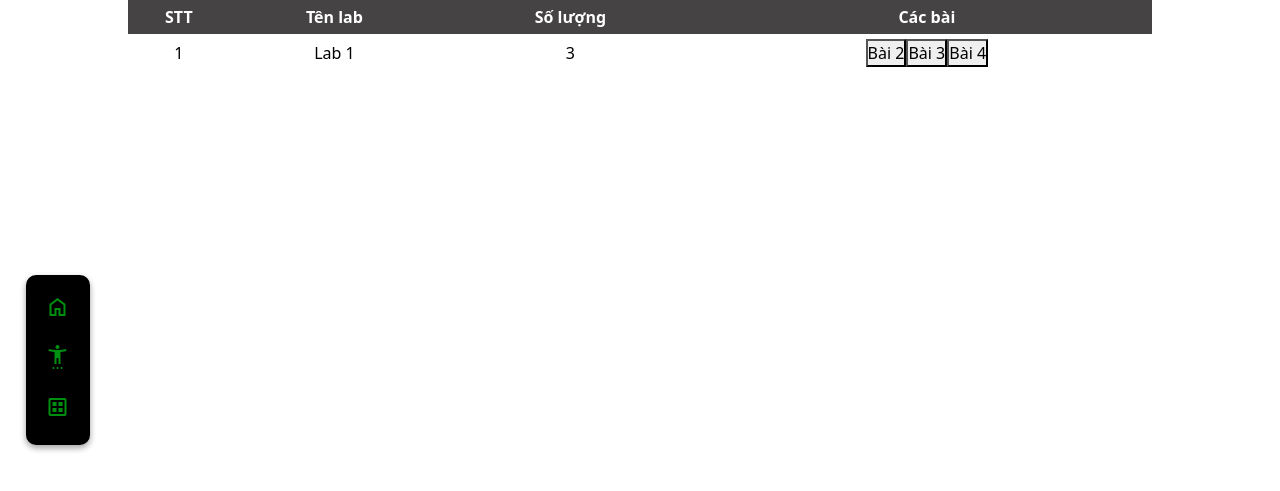
Repository: tuankiet10920/homeworkFEF
Page: /labs
These files come from the project's save history. The page is drawn as it stood at one moment and after the next save; the edit follows.
The browser window is 1280 px wide. The pictures show the whole page.
The project was rebuilt for these pictures with package versions that can differ from the ones it lists, and the page was loaded fresh each time. Also part of the build but not shown: vite.config.js, src/components/HelloWorld.vue, src/Labs/Lab1/Bai2.vue, src/views/HomeView.vue.

Above is the page before, as saved 2024-10-22 18:12:22.

### index.html
<!doctype html>
<html lang="en">
  <head>
    <meta charset="UTF-8" />
    <link rel="icon" href="/favicon.ico" />
    <meta name="viewport" content="width=device-width, initial-scale=1.0" />
    <link
      href="https://cdn.jsdelivr.net/npm/bootstrap@5.3.3/dist/css/bootstrap.min.css"
      rel="stylesheet"
      integrity="sha384-QWTKZyjpPEjISv5WaRU9OFeRpok6YctnYmDr5pNlyT2bRjXh0JMhjY6hW+ALEwIH"
      crossorigin="anonymous"
    />
    <link
      rel="stylesheet"
      href="https://fonts.googleapis.com/css2?family=Material+Symbols+Outlined:opsz,wght,FILL,GRAD@20..48,100..700,0..1,-50..200"
    />
    <title>Vite App</title>
    <link rel="stylesheet" href="./src/assets/css/main.css" />
  </head>
  <body>
    <div id="app"></div>
    <script
      src="https://cdn.jsdelivr.net/npm/bootstrap@5.3.3/dist/js/bootstrap.bundle.min.js"
      integrity="sha384-YvpcrYf0tY3lHB60NNkmXc5s9fDVZLESaAA55NDzOxhy9GkcIdslK1eN7N6jIeHz"
      crossorigin="anonymous"
    ></script>
    <script type="module" src="/src/main.js"></script>
  </body>
</html>

### src/assets/css/main.css
* {
  margin: 0;
  padding: 0;
  box-sizing: border-box;
  text-decoration: none;
  color: #000;
  font-size: 16px;
}

### src/App.vue
<script setup>
import { RouterLink, RouterView } from 'vue-router'
import HelloWorld from './components/HelloWorld.vue'
import Icon from './components/Icon.vue'
</script>

<template>
  <header>
    <div class="wrapper">
      <nav>
        <RouterLink to="/">
          <Icon iconName="home" />
        </RouterLink>

        <RouterLink to="/about">
          <Icon iconName="settings_accessibility" />
        </RouterLink>

        <RouterLink to="/labs">
          <Icon iconName="dataset" />
        </RouterLink>
      </nav>
    </div>
  </header>
  <RouterView />
</template>

<style scoped>
.wrapper nav a {
  margin-bottom: 20px;
  width: fit-content;
  text-decoration: none;
}
.wrapper nav a span {
  color: #009011;
}
.wrapper nav a:last-child {
  margin-bottom: 0;
}
nav {
  display: flex;
  flex-direction: column;
  justify-content: center;
  position: absolute;
  top: 50%;
  left: 2%;
  transform: translateY(-50%);
  padding: 20px;
  border-radius: 10px;
  background: #000;
  box-shadow:
    rgba(0, 0, 0, 0.16) 0px 3px 6px,
    rgba(0, 0, 0, 0.23) 0px 3px 6px;
}
</style>

### src/router/index.js
import { createRouter, createWebHistory } from 'vue-router'
import HomeView from '../views/HomeView.vue'

const router = createRouter({
  history: createWebHistory(import.meta.env.BASE_URL),
  routes: [
    {
      path: '/',
      name: 'home',
      component: HomeView,
    },
    {
      path: '/about',
      name: 'about',
      // route level code-splitting
      // this generates a separate chunk (About.[hash].js) for this route
      // which is lazy-loaded when the route is visited.
      component: () => import('../views/AboutView.vue'),
    },
    {
      path: '/labs',
      name: 'labs',
      component: () => import('../views/LabView.vue'),
    },
    // cac bai labs

    // Lab 1
    {
      path: '/bai2lab1',
      name: 'bai2lab1',
      component: () => import('../Labs/Lab1/Bai2.vue'),
    },
    {
      path: '/bai3lab1',
      name: 'bai3lab1',
      component: () => import('../Labs/Lab1/Bai3.vue'),
    },
    {
      path: '/bai4lab1',
      name: 'bai4lab1',
      component: () => import('../Labs/Lab1/Bai4.vue'),
    },
  ],
})

export default router

### src/components/Icon.vue
<script setup>
const props = defineProps(['iconName'])
</script>
<template>
  <span class="material-symbols-outlined"> {{ props.iconName }} </span>
</template>
<style scoped></style>

### src/views/LabView.vue
<script setup>
import { ref } from 'vue'
const sourceTrs = ref([
  {
    name_lab: 'Lab 1',
    qty: 3,
    exs: [
      {
        name_ex: 'Bài 2',
        link: '/bai2lab1',
      },
      {
        name_ex: 'Bài 3',
        link: '/bai3lab1',
      },
      {
        name_ex: 'Bài 4',
        link: '/bai4lab1',
      },
    ],
  },
])
</script>
<template>
  <div class="labs">
    <table>
      <thead>
        <tr>
          <th>STT</th>
          <th>Tên lab</th>
          <th>Số lượng</th>
          <th>Các bài</th>
        </tr>
      </thead>
      <tbody>
        <tr v-for="(item, index) in sourceTrs">
          <td>{{ index + 1 }}</td>
          <td>{{ item.name_lab }}</td>
          <td>{{ item.qty }}</td>
          <td>
            <RouterLink v-for="route in item.exs" :to="route.link">
              <button type="button">{{ route.name_ex }}</button>
            </RouterLink>
          </td>
        </tr>
      </tbody>
    </table>
  </div>
</template>
<style scoped>
.labs {
  width: 100%;
  display: flex;
  justify-content: center;
}
table {
  border-collapse: collapse;
  width: 80%;
}
th,
td {
  padding: 5px 0px;
  text-align: left;
  text-align: center;
}
th {
  background: #454343;
  color: #fff;
}
</style>

Loaded but not shown: src/main.js (common file)

After the next save:
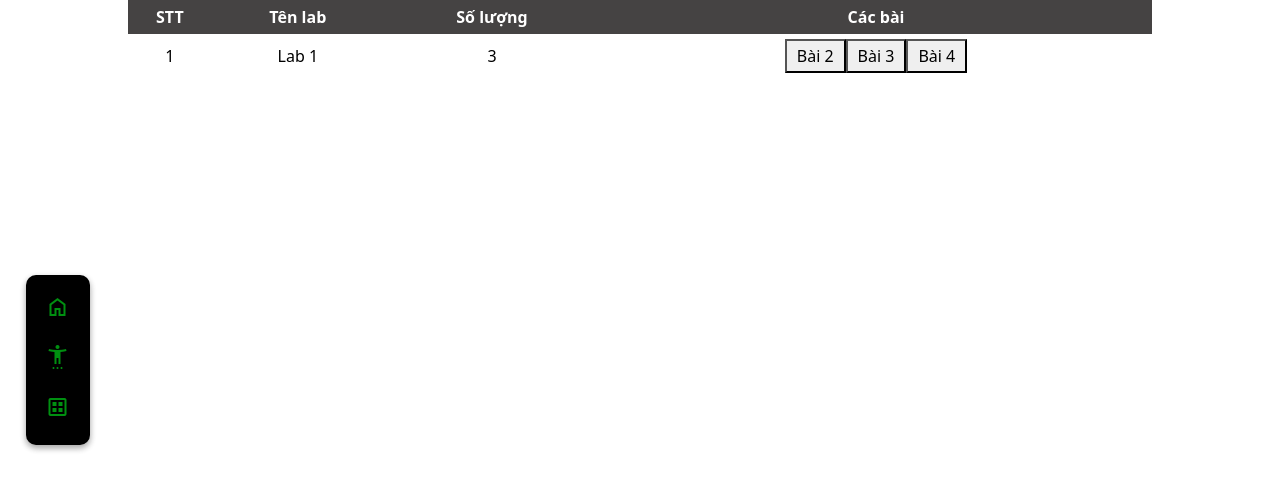
Saved 9 min 40 s later.
--- a/src/views/LabView.vue
+++ b/src/views/LabView.vue
@@ -67,4 +67,7 @@ th {
   background: #454343;
   color: #fff;
 }
+button {
+  padding: 3px 10px;
+}
 </style>
